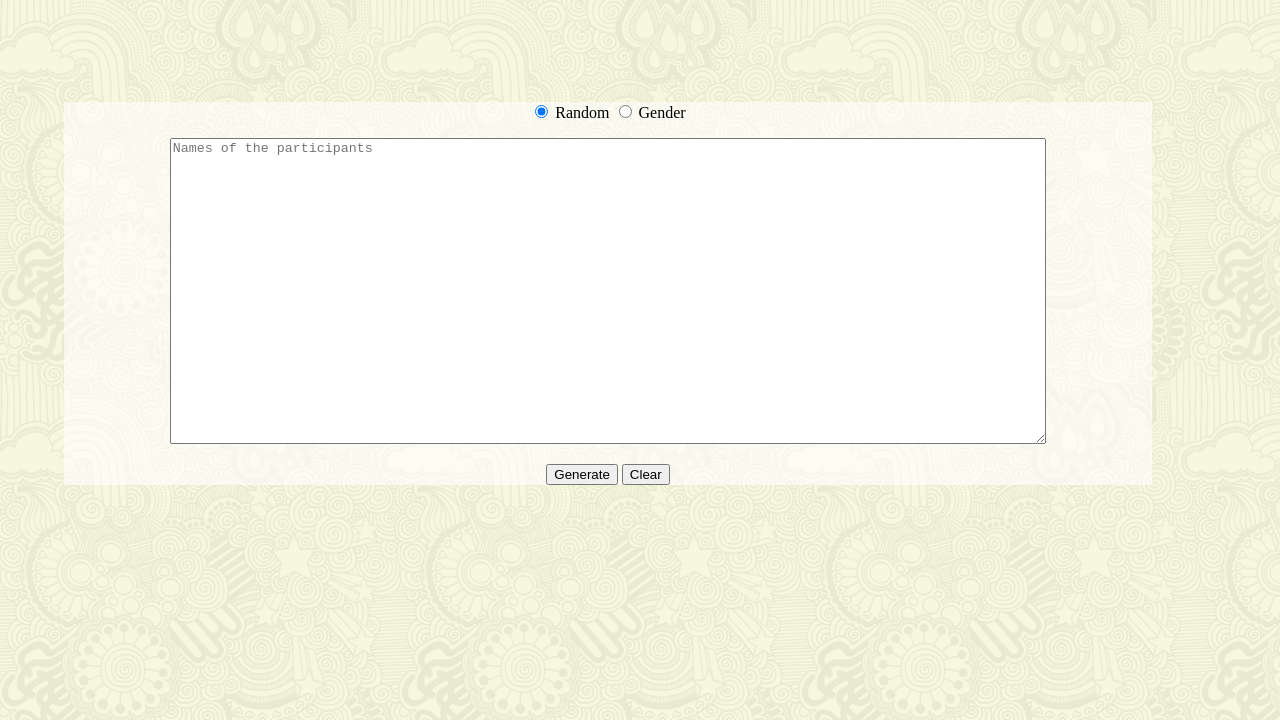
Repository: Maxenboy/Computer-Engineering-BA-A-Web-Programming-with-HTML5-CSS3-and-JavaScript-DT146G
Page: Mittuniversitet/TeamGenerator/index.html
These files come from the project's save history. The page is drawn as it stood at one moment and after the next save; the edit follows.
The browser window is 1280 px wide. The pictures show the whole page.

Above is the page before, as saved 2014-09-22 15:13:13.
Console error: ReferenceError: init is not defined

### Mittuniversitet/TeamGenerator/index.html
<!DOCTYPE html>

<!--  Max Åberg
mabe1411
aaberg.max@gmail.com   -->

<html>
	<head>
		<meta charset="utf-8" />
		<title>TeamGenerator</title>
		<link type="text/css" rel="stylesheet" href="css/main.css">
		<link rel="shortcut icon" type="image/png" href="img/favicon.ico">
		<script src="javascript/main.js"></script>
	</head>
	<body onload="init()">
		<section>
			<form >
				<p>
					<input type="radio" value="random" name="foo" id="random" checked>
					Random
					<input type="radio" value="random" name="foo" id="gender">
					Gender
				</p>
				<p id="textarea">
					<textarea cols="5" rows="20" wrap="physical" id="textarea" placeholder="Names of the participants" ></textarea>
				</p>
				<p>
					<input type="submit" value="Generate" />
					<input type="reset" value="Clear" />
				</p>

			</form>
		</section>
	</body>
</html>

### Mittuniversitet/TeamGenerator/css/main.css
/*  Max Åberg
 mabe1411
 aaberg.max@gmail.com   */

html {
	background: url(../img/skulls.png) fixed;
	text-align: center;
}
body {
	background-color: rgba(255,255,255,.6);
	margin: 8% 10% 15% 5%;
}
textarea {
	width: 80%;
}

Loaded but not shown: Mittuniversitet/TeamGenerator/javascript/main.js (no copy from this time; the picture is the same without it)

After the next save:
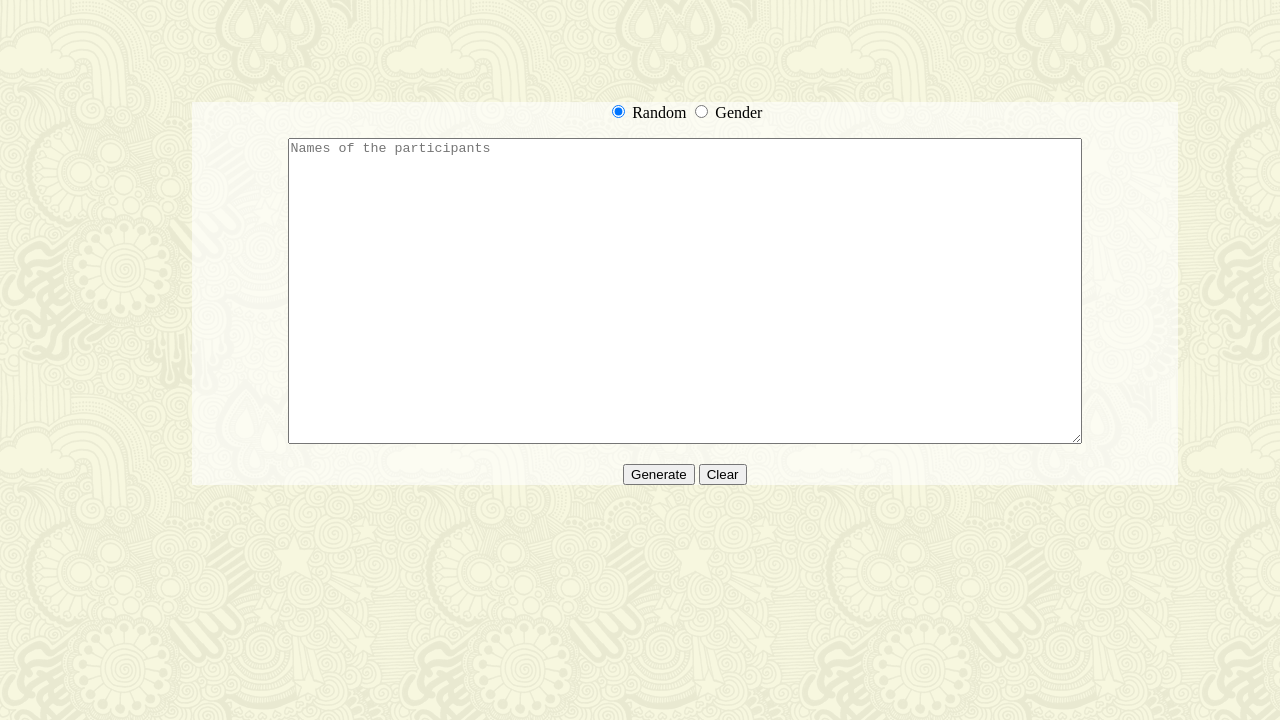
Saved 42 s later.
--- a/Mittuniversitet/TeamGenerator/css/main.css
+++ b/Mittuniversitet/TeamGenerator/css/main.css
@@ -8,7 +8,7 @@
 }
 body {
 	background-color: rgba(255,255,255,.6);
-	margin: 8% 10% 15% 5%;
+	margin: 8% 8% 15% 15%;
 }
 textarea {
 	width: 80%;
